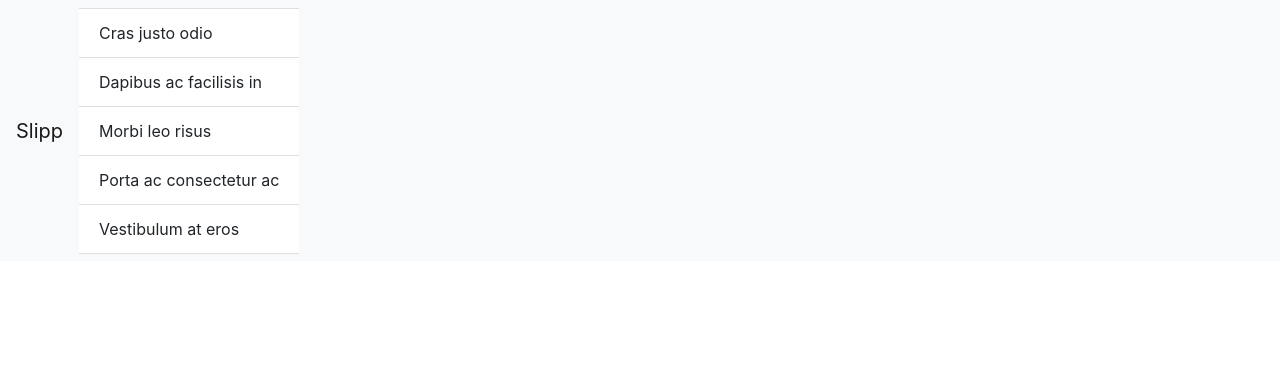
Repository: moonseoklee/SpringbootEx2
Page: my-slipp/src/main/resources/static/list.html
The author's editor kept a copy of each file at every save. The page is drawn from the files as they stood at one save, then again after the next save.
The browser window is 1280 px wide. The pictures show the whole page.

Above is the page before, as saved 2019-08-08 07:33:47.

### my-slipp/src/main/resources/static/list.html
<!doctype html>
<html lang="en">
  <head>
    <!-- Required meta tags -->
    <meta charset="utf-8">
    <meta name="viewport" content="width=device-width, initial-scale=1, shrink-to-fit=no">

    <!-- Bootstrap CSS -->
    <link rel="stylesheet" href="https://stackpath.bootstrapcdn.com/bootstrap/4.3.1/css/bootstrap.min.css" integrity="sha384-ggOyR0iXCbMQv3Xipma34MD+dH/1fQ784/j6cY/iJTQUOhcWr7x9JvoRxT2MZw1T" crossorigin="anonymous">

    <title>Hello, world!</title>
  </head>
  <body>
  <nav class="navbar navbar-expand-lg navbar-light bg-light">
	  <a class="navbar-brand" href="#">Slipp</a>

   	<ul class="list-group list-group-flush">
  <li class="list-group-item">Cras justo odio</li>
  <li class="list-group-item">Dapibus ac facilisis in</li>
  <li class="list-group-item">Morbi leo risus</li>
  <li class="list-group-item">Porta ac consectetur ac</li>
  <li class="list-group-item">Vestibulum at eros</li>
</ul>
</form>
</div>
    <!-- Optional JavaScript -->
    <!-- jQuery first, then Popper.js, then Bootstrap JS -->
    <script src="https://code.jquery.com/jquery-3.3.1.slim.min.js" integrity="sha384-q8i/X+965DzO0rT7abK41JStQIAqVgRVzpbzo5smXKp4YfRvH+8abtTE1Pi6jizo" crossorigin="anonymous"></script>
    <script src="https://cdnjs.cloudflare.com/ajax/libs/popper.js/1.14.7/umd/popper.min.js" integrity="sha384-UO2eT0CpHqdSJQ6hJty5KVphtPhzWj9WO1clHTMGa3JDZwrnQq4sF86dIHNDz0W1" crossorigin="anonymous"></script>
    <script src="https://stackpath.bootstrapcdn.com/bootstrap/4.3.1/js/bootstrap.min.js" integrity="sha384-JjSmVgyd0p3pXB1rRibZUAYoIIy6OrQ6VrjIEaFf/nJGzIxFDsf4x0xIM+B07jRM" crossorigin="anonymous"></script>
  </body>
</html>

After the next save:
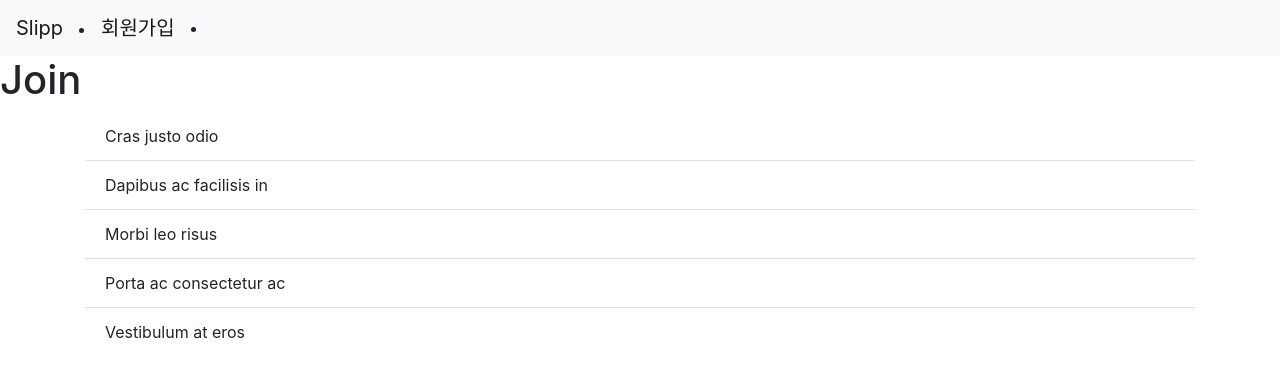
Saved 46 s later.
--- a/my-slipp/src/main/resources/static/list.html
+++ b/my-slipp/src/main/resources/static/list.html
@@ -14,7 +14,16 @@
   <nav class="navbar navbar-expand-lg navbar-light bg-light">
 	  <a class="navbar-brand" href="#">Slipp</a>
 
-   	<ul class="list-group list-group-flush">
+   	<div class="collapse navbar-collapse" id="navbarSupportedContent">
+	    <li><a class="navbar-brand" href="/form.html">회원가입</a><li>
+  	</div>
+  </nav>
+    <h1>Join</h1>
+    <div class="container">
+	<form>
+
+
+  <ul class="list-group list-group-flush">
   <li class="list-group-item">Cras justo odio</li>
   <li class="list-group-item">Dapibus ac facilisis in</li>
   <li class="list-group-item">Morbi leo risus</li>
